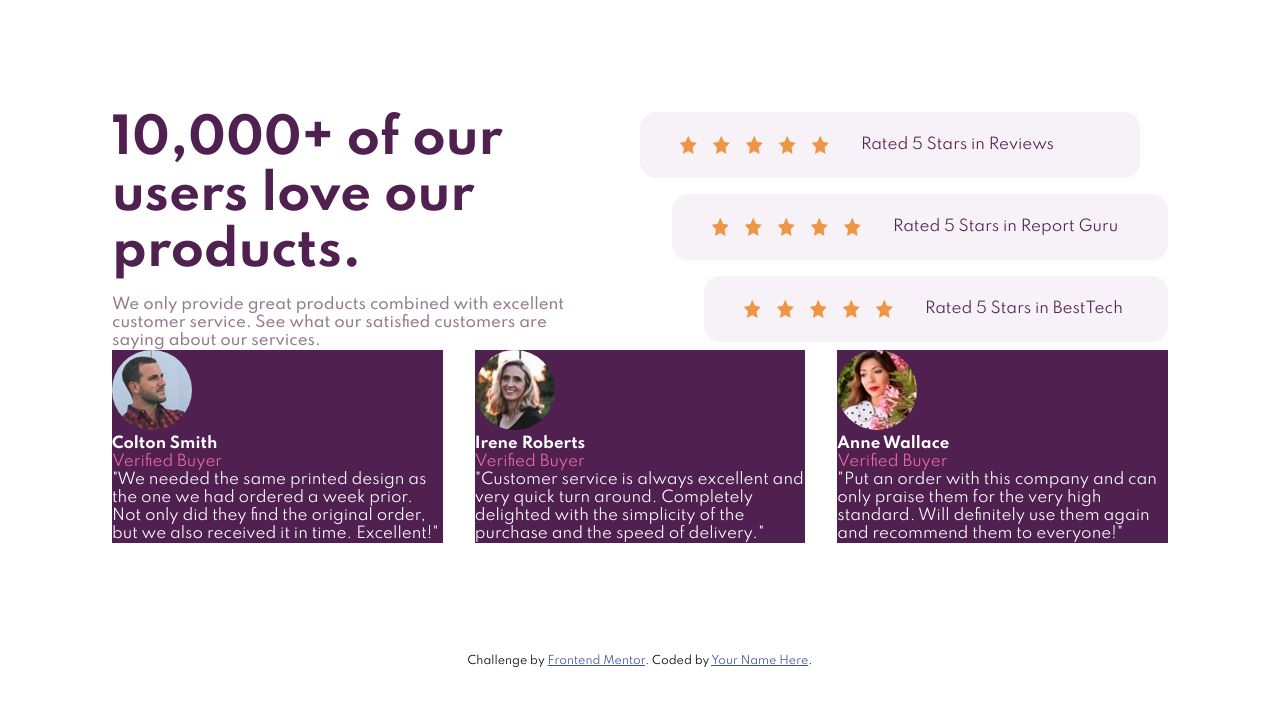
Repository: Pedrohamoura-Git/Frontend-Mentor-Challenges
Page: Newbie/social-proof-section-master/index.html
The author's editor kept a copy of each file at every save. The page is drawn from the files as they stood at one save, then again after the next save.
The browser window is 1280 px wide. The pictures show the whole page.

Above is the page before, as saved 2021-05-30 12:32:26.

After the next save:
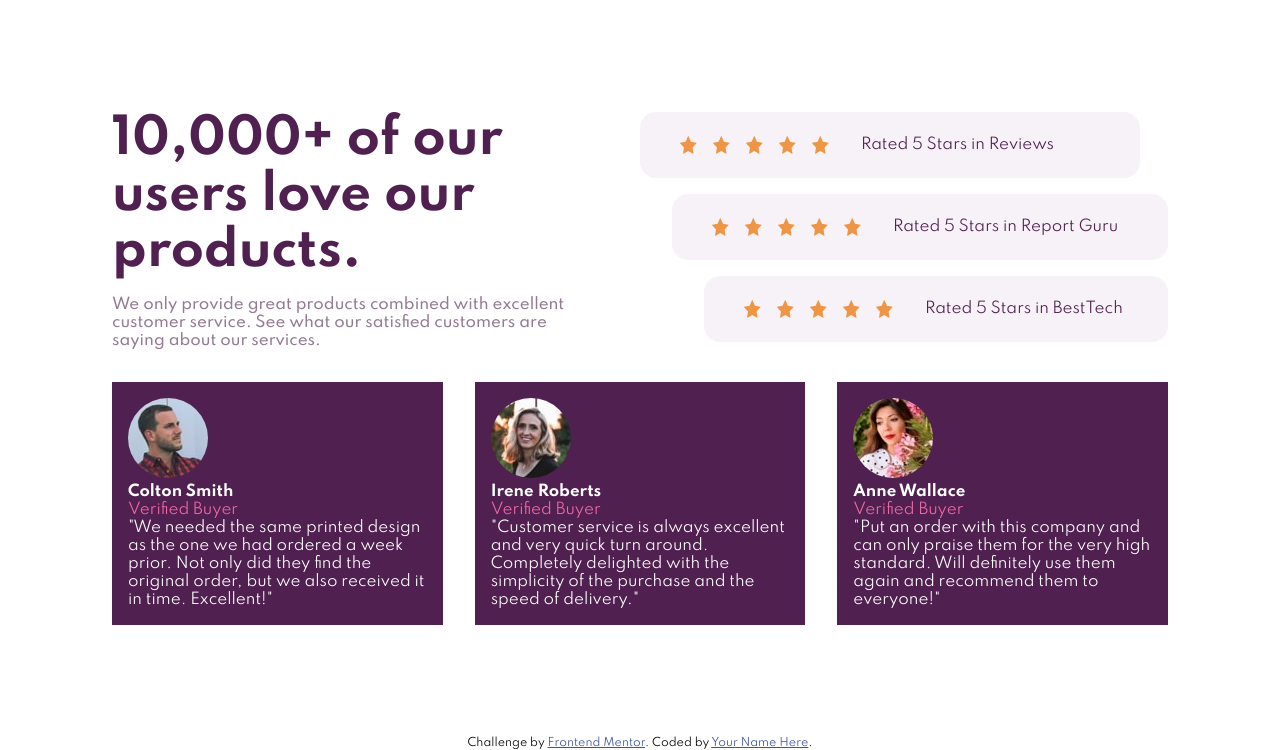
Saved 1 s later.
--- a/Newbie/social-proof-section-master/css/style.css
+++ b/Newbie/social-proof-section-master/css/style.css
@@ -141,7 +141,7 @@
         }
 
         #section-d, #section-e, #section-f {
-            margin-top: 2rem
+            margin-top: 2rem;
             padding: 1rem;
 
         }
